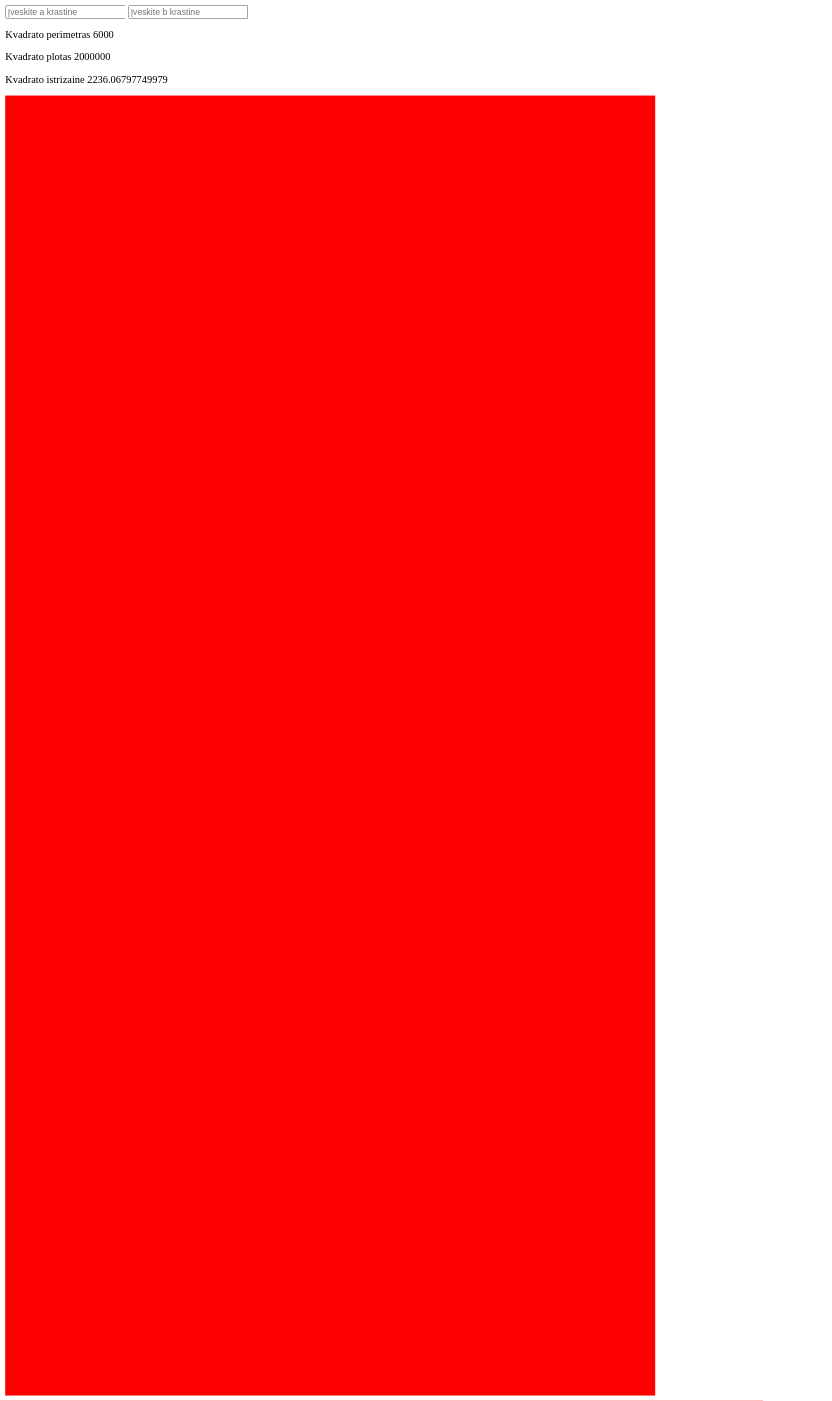
Repository: motiejus1/10-paskaita-JS
Page: index.html
These files come from the project's save history. The page is drawn as it stood at one moment and after the next save; the edit follows.
The browser window is 1280 px wide. The pictures show the whole page, at 65% of full size.

Above is the page before, as saved 2021-06-22 11:38:12.

### index.html
<!DOCTYPE html>
<html lang="en">
<head>
    <meta charset="UTF-8">
    <meta http-equiv="X-UA-Compatible" content="IE=edge">
    <meta name="viewport" content="width=device-width, initial-scale=1.0">
    <title>10 paskaita</title>

    <style>
        .container div:nth-child(even) {
            background-color: blue;
        }

        .keturkampis {
            /* width: 300px; */
            /* height: 400px; */
            background-color: red;
        }




    </style>


</head>
<body>

    <div class="container">

    </div>


    <input type="text" placeholder="Įveskite a krastine" id="a-krastine" name="a-krastine"/>
    <input type="text" placeholder="Įveskite b krastine" id="b-krastine" name="b-krastine"/>


    <p id="kvadrato-perimetras"></p>
    <p id="kvadrato-plotas"></p>
    <p id="kvadrato-istrizaine"></p>

    <div class="keturkampis">

    </div>




    <script src="script.js"></script>
    <script src="script1.js"></script>
</body>
</html>

### script.js
"use strict";

// 2. Susikurti objektų masyvą:
// * Masyve 100 objekto elementų.
// * Objekto vidiniai kintamieji: id, vardas.
// * Vardas reikšmė = vardas1,vardas2 ir t.t.
// * Id reikšmė = 1, 2 ir t.t.


// Papildomai:
// Pagal sukurtą obejktų masyvą, sukurti tiek pat div elementų, kuriuose išvedamas id ir vardas. Kas antras div - mėlynas.

let masyvas = [];

for (let i=0; i<100; i++) {
    let objektas = {
        id: i+1,
        vardas: "vardas"+(i+1)
    };
    masyvas[i]=objektas; // i => objekta

    // let div = document.createElement("div");
    // div.innerHTML = objektas.id + " " + objektas.vardas;
    // document.querySelector(".container").appendChild(div);

    // console.log(Object.keys(objektas));
}

console.log(masyvas);

### script1.js
"use script";

// 3. Susikurti objektą "Keturkampis".
// Objektas turi priimti du kintamuosius: a ir b kraštines.
// Sukurti du metodus, kurie skaičiuoja kvadrato plotą, perimetrą, įstrižainės ilgį.
// Informaciją išvesti į <p> žymę.

// Papildoma: a ir b kintamieji apibrežia kvadratą pikseliais. Pagal įvestas reikšmes į input, HTML nubraižomas kvadrato objektas.

let kvadratas = {
    a: 1000,
    b: 2000,

    plotasPerimetras: function() {

        let plotas;
        let perimetras;

        plotas = this.a * this.b;
        perimetras= 2 * this.a + 2 * this.b;

        return [plotas, perimetras]
    },

    istrizaine: function() {
        let ilgis;
        ilgis = Math.sqrt(this.a * this.a + this.b * this.b );
        return ilgis;
    },

    nubrezk: function() {
        let elementas = document.querySelector(".keturkampis");
        elementas.style.width = this.a + "px";
        elementas.style.height = this.b + "px";
    },

    isvesk: function() {
        document.getElementById("kvadrato-perimetras").innerText = "Kvadrato perimetras " +  kvadratas.plotasPerimetras()[1];
        document.getElementById("kvadrato-plotas").innerText ="Kvadrato plotas " + kvadratas.plotasPerimetras()[0];
        document.getElementById("kvadrato-istrizaine").innerText = "Kvadrato istrizaine " + kvadratas.istrizaine();
    }

};

kvadratas.isvesk();
kvadratas.nubrezk();

After the next save:
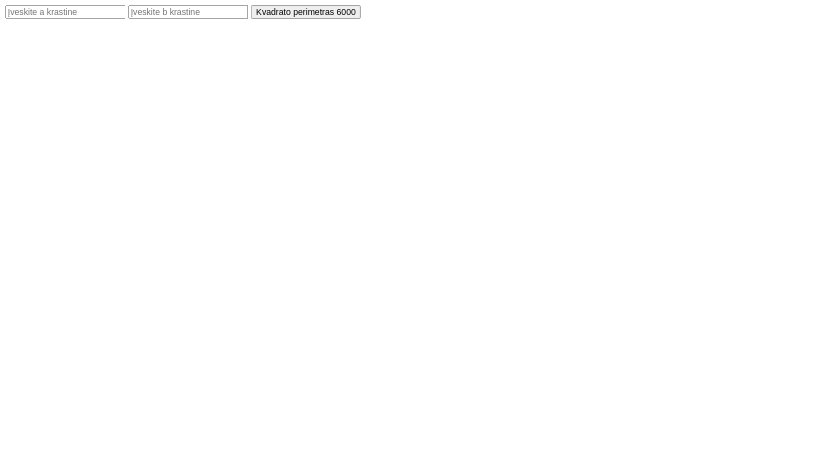
Console error: TypeError: Cannot set properties of null (setting 'innerText')
Saved 13 s later.
--- a/index.html
+++ b/index.html
@@ -33,7 +33,7 @@
 
     <input type="text" placeholder="Įveskite a krastine" id="a-krastine" name="a-krastine"/>
     <input type="text" placeholder="Įveskite b krastine" id="b-krastine" name="b-krastine"/>
-
+    <button
 
     <p id="kvadrato-perimetras"></p>
     <p id="kvadrato-plotas"></p>

After the 4 saves that followed:
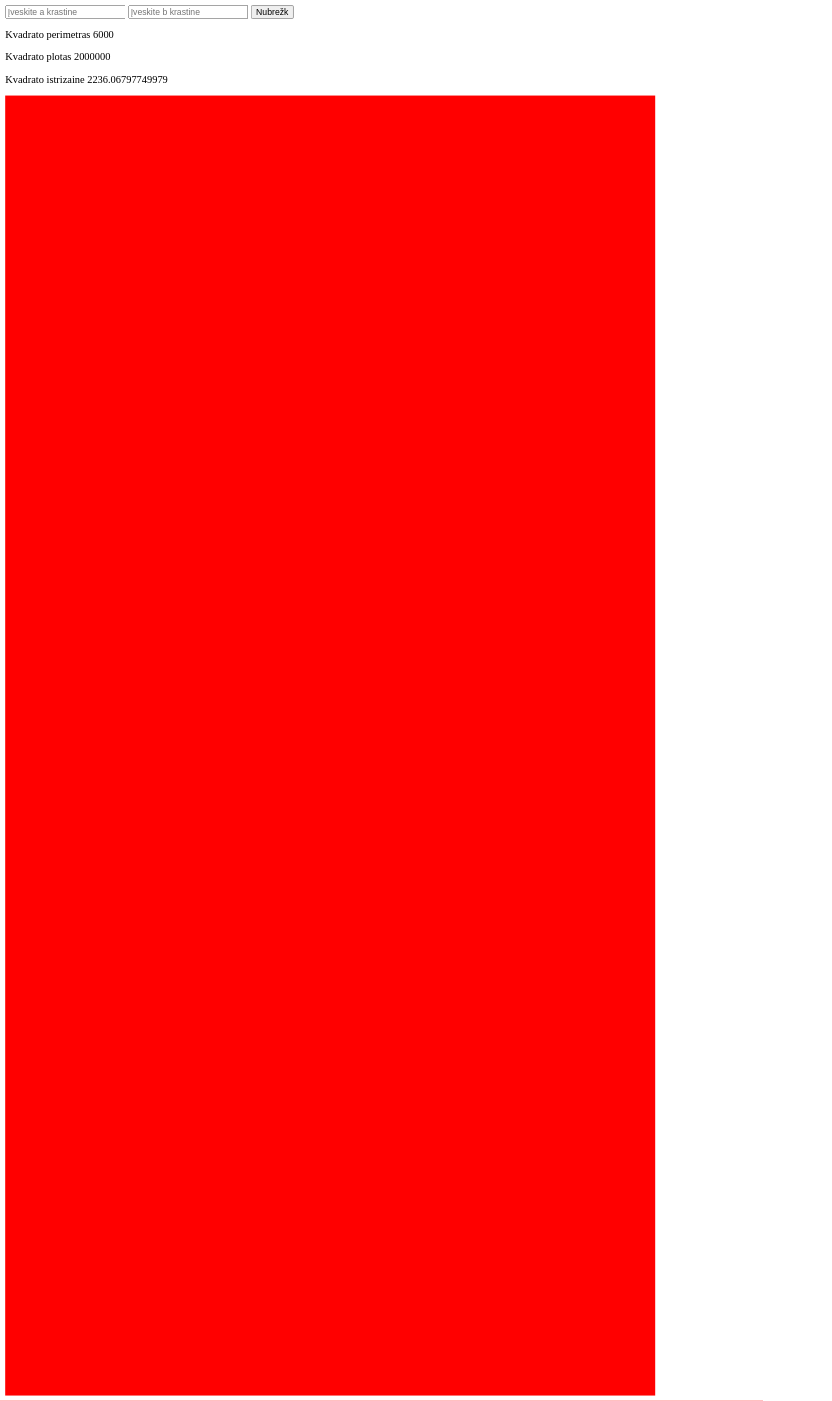
The error is gone.
The 4 saves are shown as one change because they came seconds apart.
The last was saved 14 s later.
--- a/index.html
+++ b/index.html
@@ -33,7 +33,7 @@
 
     <input type="text" placeholder="Įveskite a krastine" id="a-krastine" name="a-krastine"/>
     <input type="text" placeholder="Įveskite b krastine" id="b-krastine" name="b-krastine"/>
-    <button
+    <button id="patvirtinti">Nubrežk</button>
 
     <p id="kvadrato-perimetras"></p>
     <p id="kvadrato-plotas"></p>
